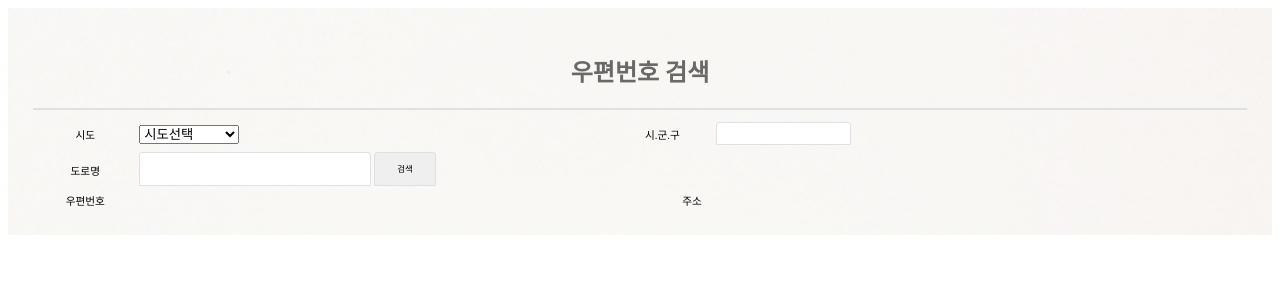
Repository: keepsus/gaebokchi
Page: http://localhost/uzuslime/member/memberCheckPost.jsp
These files come from the project's save history. The page is drawn as it stood at one moment and after the next save; the edit follows.
The browser window is 1280 px wide. The pictures show the whole page.
The page is served by Tomcat 9. Nobody is signed in. The application's start-up code is not run.

Above is the page before, as saved 2021-02-12 12:03:22.

After the next save:
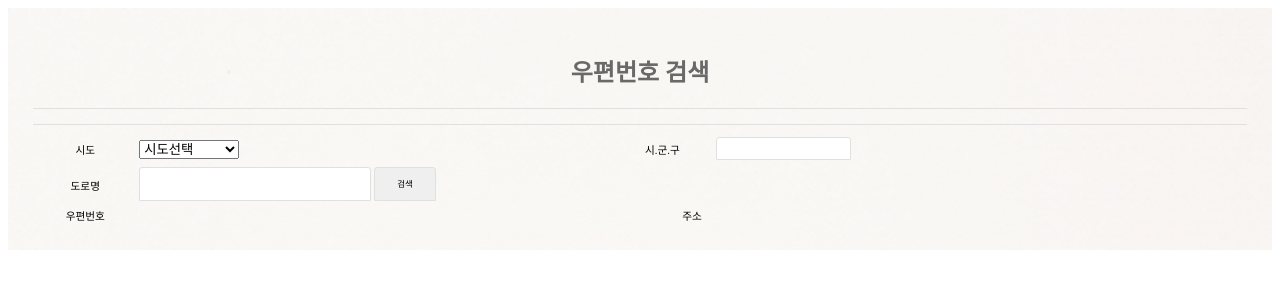
Saved 17 s later.
--- a/uzuslime/src/main/webapp/member/memberCheckPost.jsp
+++ b/uzuslime/src/main/webapp/member/memberCheckPost.jsp
@@ -57,7 +57,7 @@
 	<td colspan="3" align="center">주소</td>
 
 </tr>
-<div style="height: auto; width: 100%; border-bottom:1px solid #e0e0e0; margin-botton:15px;"></div>
+<div style="height: auto; width: 100%; border-bottom:1px solid #e0e0e0; margin-top:15px;"></div>
 </table>
 </div><!--"checkPost"-->
 </form>
